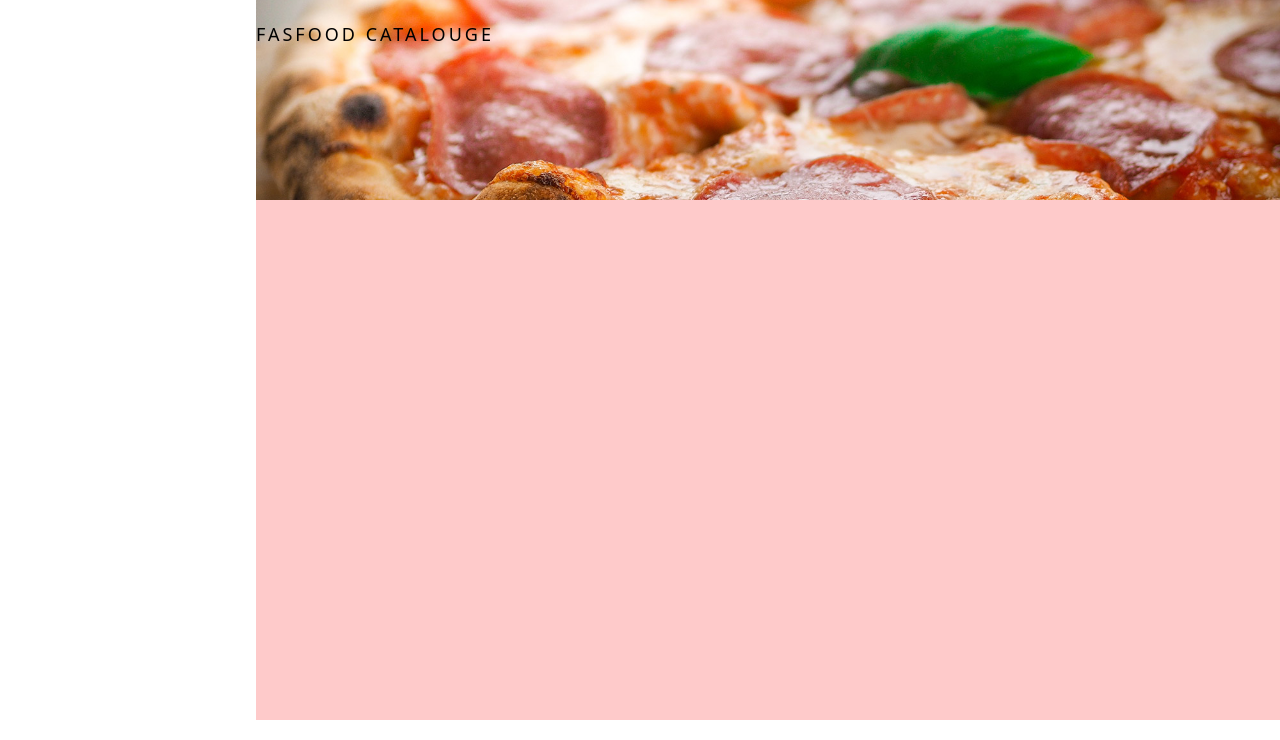
Repository: zahranaserii/FastFoodProject
Page: /
These files come from the project's save history. The page is drawn as it stood at one moment and after the next save; the edit follows.
The browser window is 1280 px wide. The pictures show the whole page.
The project was rebuilt for these pictures with package versions that can differ from the ones it lists, and the page was loaded fresh each time.

Above is the page before, as saved 2023-11-17 11:21:17.

### public/index.html
<!DOCTYPE html>
<html lang="fa" dir="rtl">
  <head>
    <meta charset="utf-8" />
    <meta name="viewport" content="width=device-width, initial-scale=1" />
    <meta name="theme-color" content="#000000" />
    <meta
      name="description"
      content="Web site created using create-react-app"
    />
    <link rel="apple-touch-icon" href="%PUBLIC_URL%/logo192.png" />
    <!--
      manifest.json provides metadata used when your web app is installed on a
      user's mobile device or desktop. See https://developers.google.com/web/fundamentals/web-app-manifest/
    -->
    <link rel="manifest" href="%PUBLIC_URL%/manifest.json" />
    <!--
      Notice the use of %PUBLIC_URL% in the tags above.
      It will be replaced with the URL of the `public` folder during the build.
      Only files inside the `public` folder can be referenced from the HTML.

      Unlike "/favicon.ico" or "favicon.ico", "%PUBLIC_URL%/favicon.ico" will
      work correctly both with client-side routing and a non-root public URL.
      Learn how to configure a non-root public URL by running `npm run build`.
    -->
    <title>React App</title>
  </head>
  <body>
    <noscript>You need to enable JavaScript to run this app.</noscript>
    <div id="root"></div>
    <!--
      This HTML file is a template.
      If you open it directly in the browser, you will see an empty page.

      You can add webfonts, meta tags, or analytics to this file.
      The build step will place the bundled scripts into the <body> tag.

      To begin the development, run `npm start` or `yarn start`.
      To create a production bundle, use `npm run build` or `yarn build`.
    -->
  </body>
</html>

### src/App.js
import "./App.css";
import Header from "./Header/Header";

function App() {
  return (
    <div className="bg-red-200 max-w-5xl container">
      <Header />
    </div>
  );
}

export default App;

### src/Header/Header.jsx
import React from "react";
import "./header.css";
const Header = () => {
  return (
    <header className="bg-cover bg-center pt-5">
      <div className="container">
        <h1 className="text-black text-lg text-end uppercase">
          fasfood catalouge
        </h1>
      </div>
    </header>
  );
};

export default Header;

### src/Header/header.css
header {
  height: 200px;
  background: url("../assets/images/PIZZA-COVER.jpg");
  letter-spacing: 3px;
}

Loaded but not shown: src/index.js (common file); src/index.css (common file); src/App.css (common file); tailwind.config.js (common file)

After the next save:
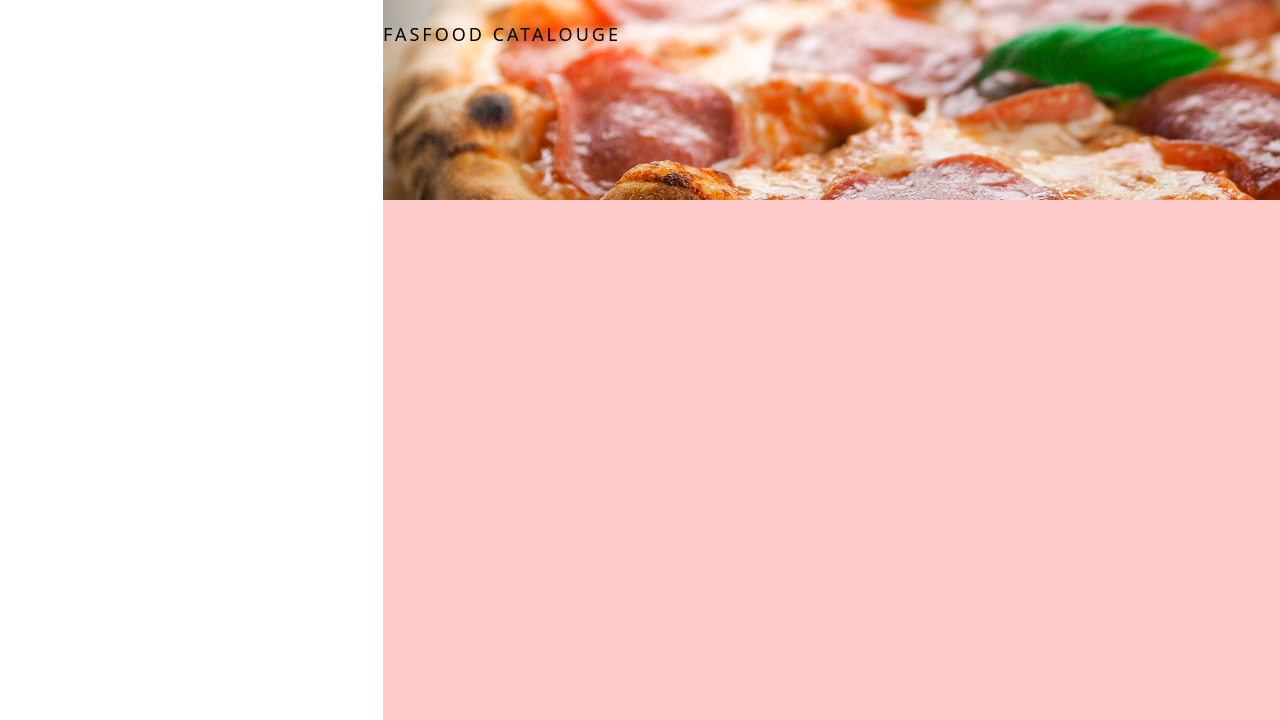
Saved 18 s later.
--- a/src/Header/Header.jsx
+++ b/src/Header/Header.jsx
@@ -2,8 +2,8 @@ import React from "react";
 import "./header.css";
 const Header = () => {
   return (
-    <header className="bg-cover bg-center pt-5">
-      <div className="container">
+    <header className="bg-cover bg-center">
+      <div className="container pt-5">
         <h1 className="text-black text-lg text-end uppercase">
           fasfood catalouge
         </h1>
